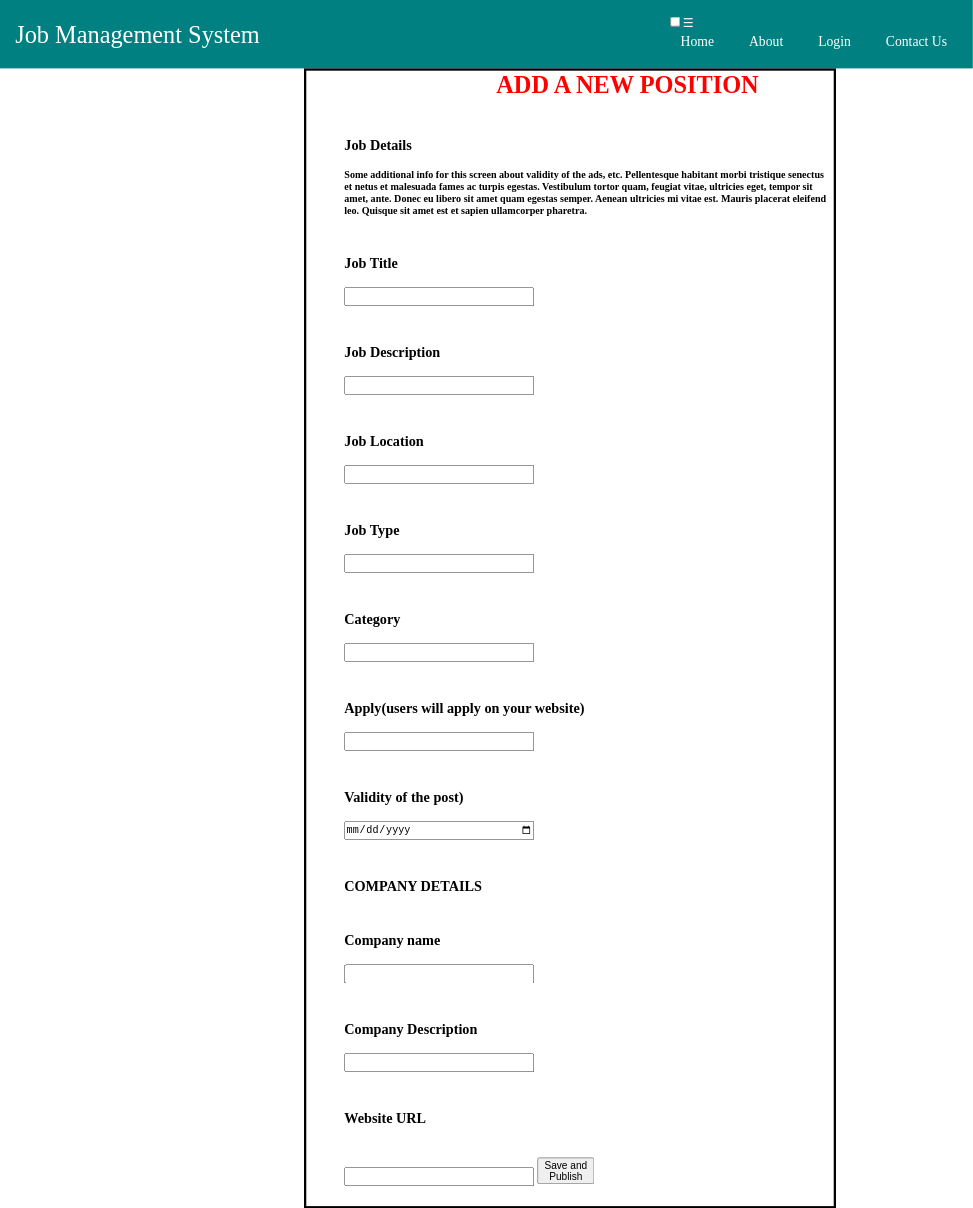
Repository: PrinceKumawat1109/JFSD
Page: http://localhost/Job-management/newposition.jsp
An editor plug-in stored every save of this project. The page is shown before and after the next save, followed by the edit.
The browser window is 1280 px wide. The pictures show the whole page, at 76% of full size.
The page is served by Tomcat 9.

Above is the page before, as saved 2022-10-29 21:42:19.

After the next save:
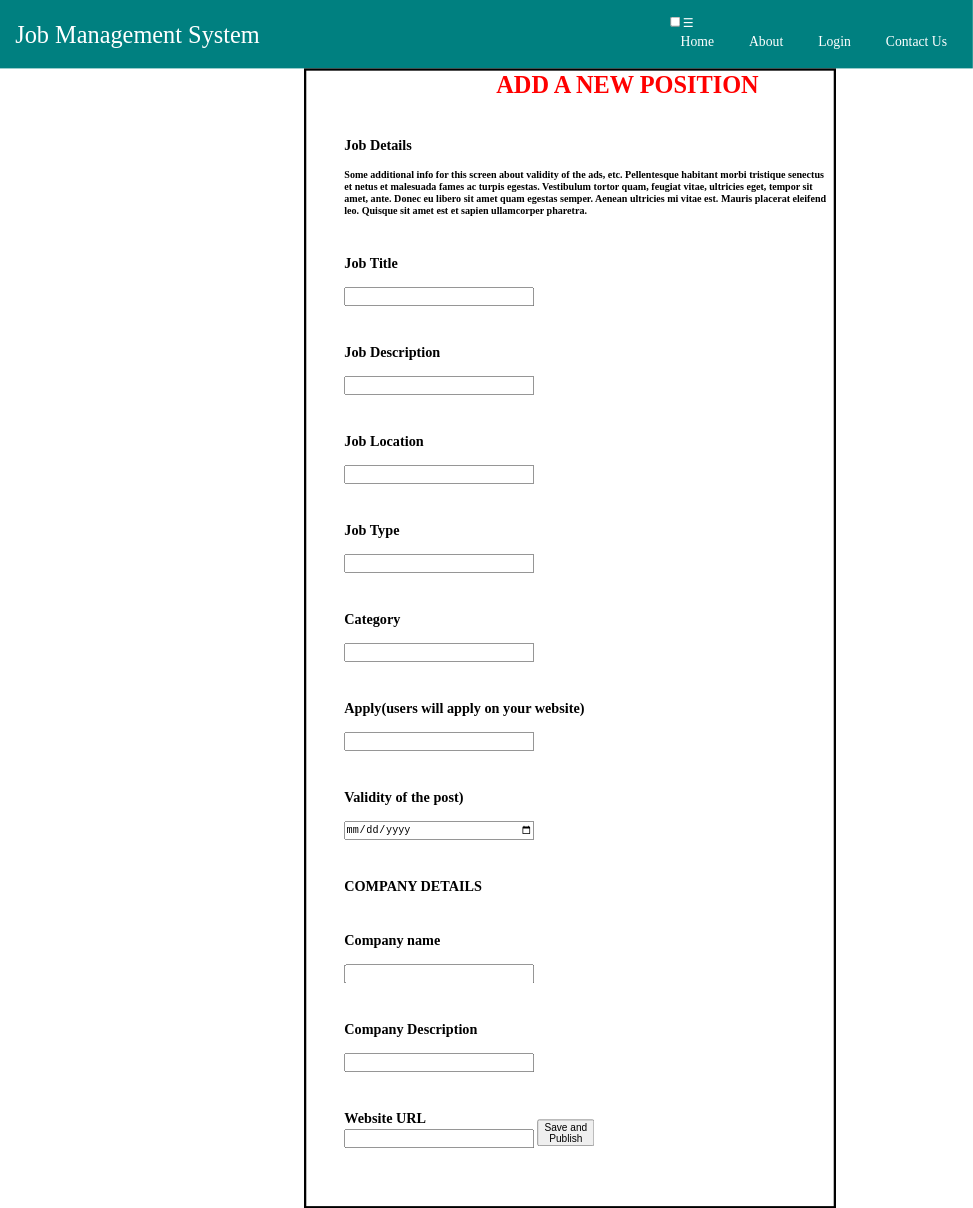
Saved 9 s later.
--- a/Job-management/src/main/webapp/newposition.jsp
+++ b/Job-management/src/main/webapp/newposition.jsp
@@ -46,7 +46,7 @@ margin-left: 400px;
 	<input style="margin-left: 50px; margin-top: 20px; height: 25px; width: 250px;" type="text" id="t9"/>
 	<h3 style="margin-left: 50px; margin-top: 50px;">Website URL</h3>
 	<input style="margin-left: 50px; margin-top: -50px; height: 25px; width: 250px;" type="text" id="t10"/>
-	<button style="height: 35px; width: 75px; margin-top: 40px;" onclick="save1()">Save and Publish</button>
+	<button style="height: 35px; width: 75px; margin-top: -10px;" onclick="save1()">Save and Publish</button>
 	</div>
 	<!--<h2>ADD A NEW POSTION</h2>
 	<h4>Job Details</h4>
